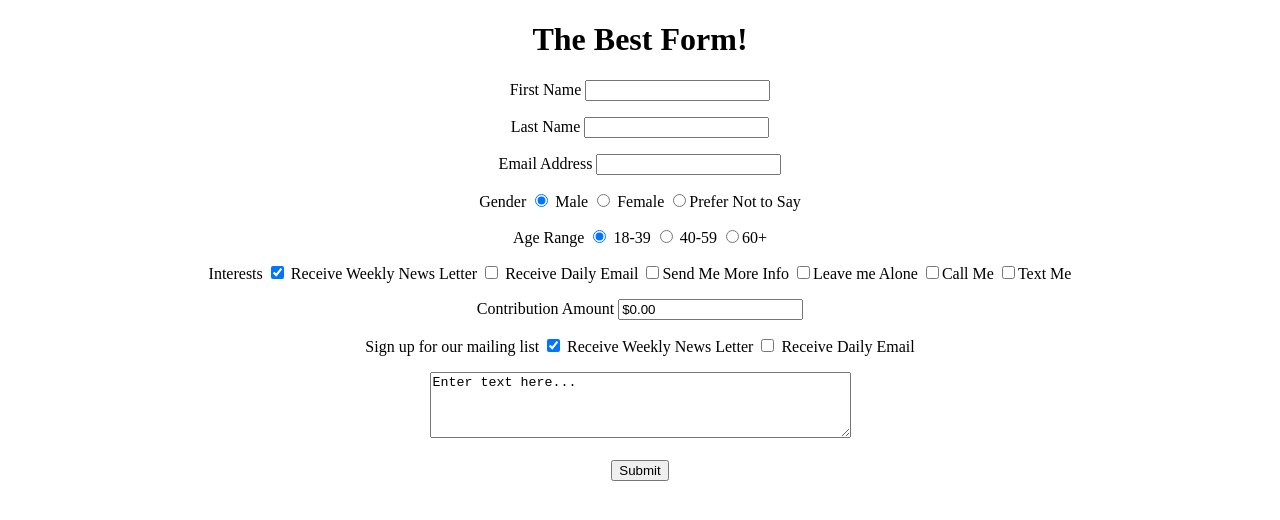
Repository: jedeyejed00/TheGameShaq
Page: HomeWork2/contact.html
The author's editor kept a record of every edit. The page is drawn from the files as they stood at one moment, then again after the next edit.
The browser window is 1280 px wide. The pictures show the whole page.

Above is the page before.

After the next edit:
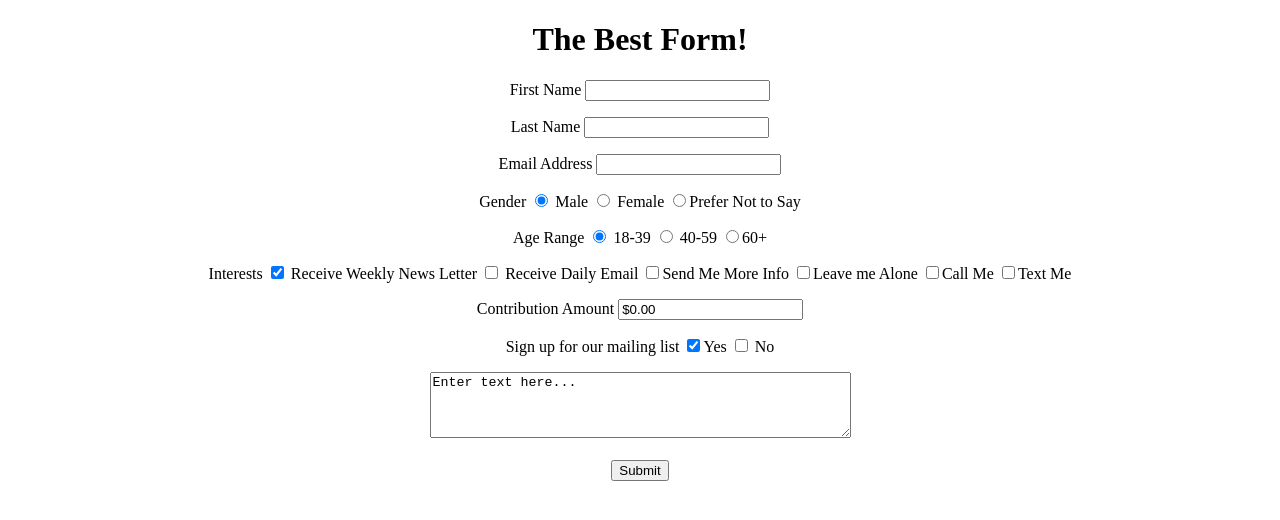
The edit:
--- a/HomeWork2/contact.html
+++ b/HomeWork2/contact.html
@@ -48,8 +48,8 @@
                     <input type ="Text id="ContributionAmount" name = "ContributionAmount" Value ="$0.00"> </p>
 
                    <p>Sign up for our mailing list
-                       <input type="checkbox" name="vehicle1" value="Letter" checked> Receive Weekly News Letter
-                       <input type="checkbox" name="vehicle2" value="Email"> Receive Daily Email
+                       <input type="checkbox" name="check" class="check" value="Yes" checked>Yes
+                       <input type="checkbox" name="check" class="check" value="No"> No
                    </p>
 
 
